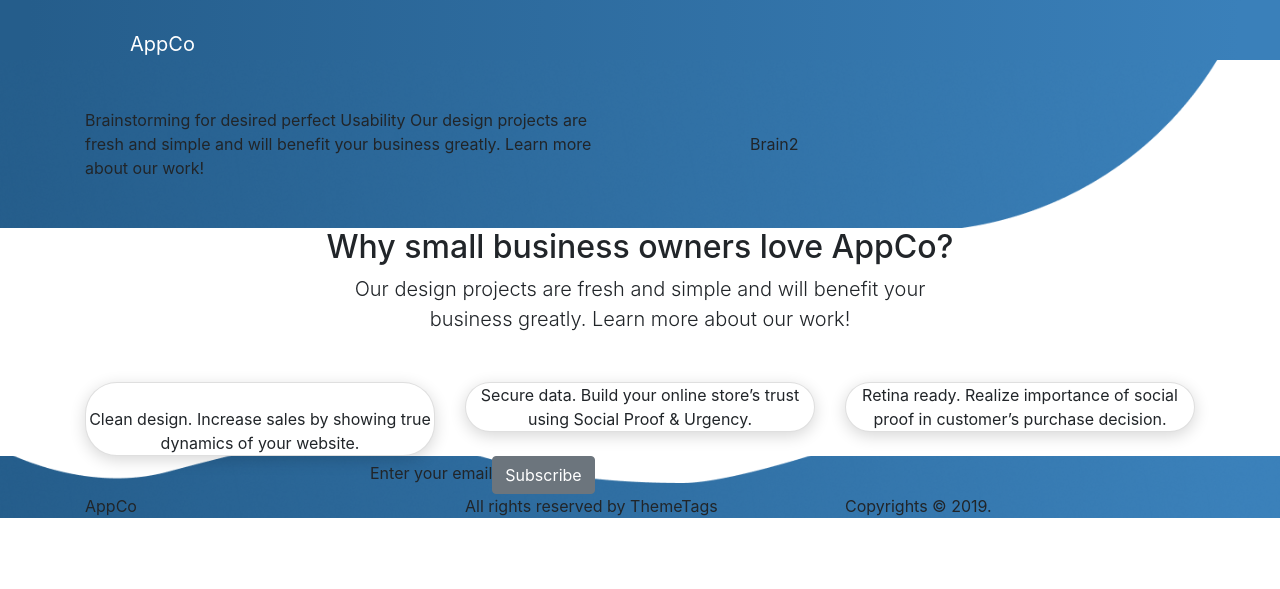
Repository: andbilous/user-statistics-app
Page: /
An editor plug-in stored every save of this project. The page is shown before and after a run of saves, followed by the edit.
The browser window is 1280 px wide. The pictures show the whole page.
The project was rebuilt for these pictures with package versions that can differ from the ones it lists, and the page was loaded fresh each time.

Above is the page before, as saved 2020-06-19 15:37:16.

### src/App.js
import React from 'react';
import Main from './pages/Main';
import './App.scss';

function App() {
  return (
    <div className="App">
      <Main/>
    </div>
  );
}

export default App;

### src/pages/Main.jsx
import React from "react";
import Header from "../components/Header";
import Brainstorming from "../components/brainstorming";
import Reasons from "../components/reasons";
import Footer from '../components/footer';

const Main = () => {
  return (
    <>
      <Header />
      <Brainstorming />
      <Reasons />
      <Footer />
    </>
  );
};

export default Main;

### src/App.scss
body {
  font-family: Montserrat;
  font-style: normal;
  font-weight: normal;
}
img {
  position: relative;
  display: block;
  width: 100%;
}

### src/components/Header/index.js
import React from 'react';
import './header.scss';
import { Container, Row, Col } from 'reactstrap';


const Header = () => {
    return (
      <header className='header bg-image'>
      <Container>
          <div className='navbar-brand'>
          AppCo
            </div>
      </Container>
      </header>
    )
};

export default Header;

### src/components/brainstorming/index.js
import React from 'react';
import { Container, Row, Col } from 'reactstrap';
import'./brainstorming.scss';


const Brainstorming = () => {
    return (
      <section className='brainstorming pt-100 bg-image'>
      <Container>
          <Row className="row align-items-center justify-content-between py-5">
            <Col className="col-md-7 col-lg-6">
              Brainstorming for desired perfect Usability
              Our design projects are fresh and simple and will benefit your business greatly. Learn more about our work!
              </Col>
            <Col className="col-md-5 col-lg-5">Brain2</Col>
          </Row>
      </Container>
      </section>
    )
};

export default Brainstorming;

### src/components/reasons/index.js
import React from 'react';
import './reasons.scss';
import { Container, Row, Col,Card } from 'reactstrap';


const Reasons = () => {
    return (
      <section className='reasons'>
      <Container>
          <Row className="justify-content-center">
          <Col className="col-lg-7 col-md-8">
            <div className='section-heading text-center mb-5'>
              <h2>Why small business owners love AppCo?</h2>
              <p className='lead'>
              Our design projects are fresh and simple and will benefit your business greatly. Learn more about our work!
              </p>
            </div>
          </Col>
          </Row>
          <Row className="justify-content-center">
            <Col className='col-lg-4 col-md'>
              <Card className='text-center card-block'>
                <div className='pt-4'>

                </div>
                Clean design.
                Increase sales by showing true dynamics of your website.
              </Card>
            </Col>
            <Col className='col-lg-4 col-md'>
            <Card className='text-center card-block'>
                Secure data.
                Build your online store’s trust using Social Proof & Urgency.
              </Card>
            </Col>
            <Col className='col-lg-4 col-md'>
            <Card className='text-center card-block'>
                Retina ready.
                Realize importance of social proof in customer’s purchase decision.
              </Card>
            </Col>
          </Row>

      </Container>
      </section>
    )
};

export default Reasons;

### src/components/footer/index.js
import React from 'react';
import { Container, Row, Col,Button } from 'reactstrap';
import'./footer.scss';


const Footer = () => {
    return (
      <footer className='footer'>
        <Container>
          <Row className='justify-content-center'>
            <Col md='6'>
              <div>
                Enter your email
                <Button>Subscribe</Button>
              </div>
            </Col>
          </Row>
          <Row className='justify-content-between'>
            <Col className='col-md' lg='4'>
            AppCo
            </Col>
            <Col className='col-md' lg='4'>
            All rights reserved by ThemeTags
              </Col>
              <Col className='col-md' lg='4'>
              Copyrights © 2019.
              </Col>
          </Row>
        </Container>
      </footer>
    )
};

export default Footer;

### src/components/Header/header.scss
.header{
  width: 100%;
  height: 60px;
  background: linear-gradient(92.09deg, #255D8B 2.29%, #3A80BA 96.79%);
}

.navbar-brand {
  color: #fff;
  font-size: 40px;
  line-height: 49px;
  position: absolute;
  width: 136px;
  height: 49px;
  left: 130px;
  top: 24px;
}

### src/components/brainstorming/brainstorming.scss
.brainstorming{
  background-image: url(../../img/bg.png);
  background-repeat: no-repeat;
  background-position: center center;
  background-size: cover;
}

.bg-image{
  position: relative;
  width: 100%;
  display: block;
}

### src/components/reasons/reasons.scss
.card-block{
  background: #FFFFFF;
  box-shadow: 0px 4px 16px rgba(0, 0, 0, 0.16);
  border-radius: 32px !important;
}

### src/components/footer/footer.scss
.footer{
  background-image: url(../../img/footer-bg.png);
  background-repeat: no-repeat;
  background-position: center center;
  background-size: cover;
}

Loaded but not shown: public/index.html (common file); src/index.js (common file); src/serviceWorker.js (common file)

After the next 4 saves:
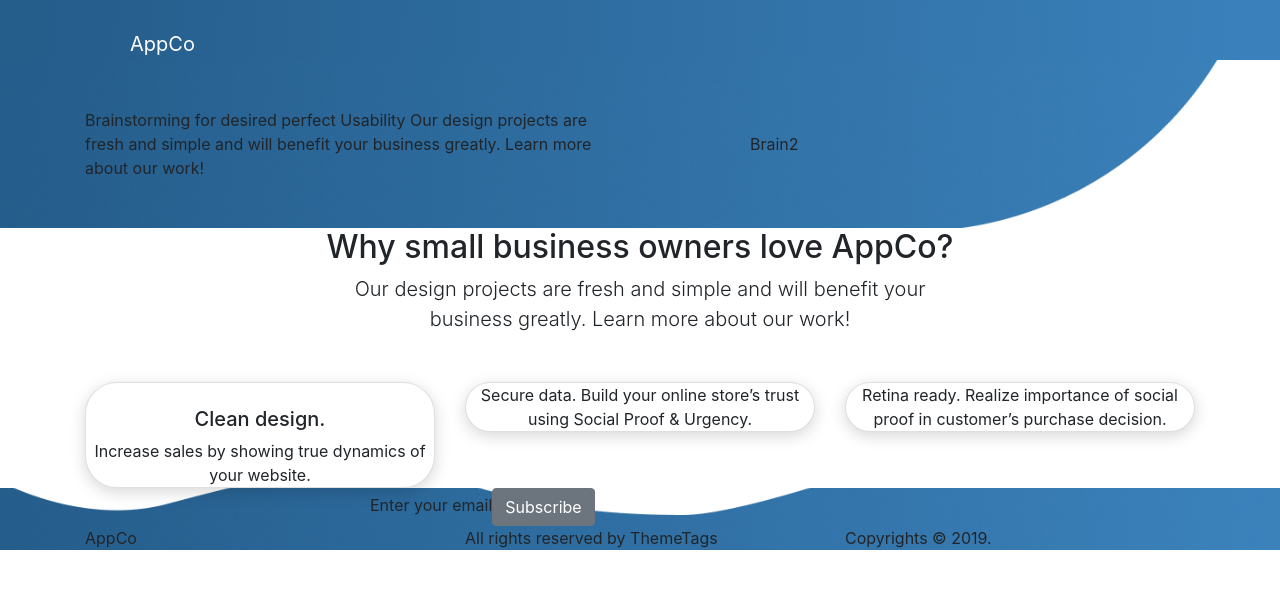
The 4 saves are shown as one change because they came seconds apart.
The last was saved 14 s later.
--- a/src/components/reasons/index.js
+++ b/src/components/reasons/index.js
@@ -21,9 +21,9 @@ const Reasons = () => {
             <Col className='col-lg-4 col-md'>
               <Card className='text-center card-block'>
                 <div className='pt-4'>
+                  <h5>Clean design.</h5>
+                </div>
 
-                </div>
-                Clean design.
                 Increase sales by showing true dynamics of your website.
               </Card>
             </Col>
